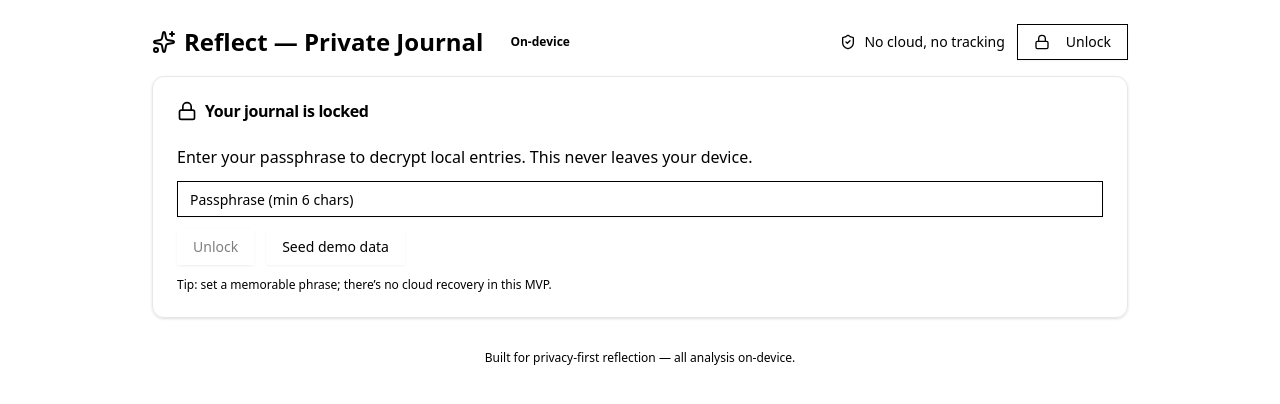
Repository: samerjouhar/reflect
Page: /
An editor plug-in stored every save of this project. The page is shown before and after the next save, followed by the edit.
The browser window is 1280 px wide. The pictures show the whole page.
The project was rebuilt for these pictures with package versions that can differ from the ones it lists, and the page was loaded fresh each time. Also part of the build but not shown: vite.config.ts, src/components/ui/tabs.tsx, src/components/PromptChip.tsx, src/components/ui/textarea.tsx, src/components/EntryForm.tsx, src/components/MoodTrend.tsx, src/components/WeeklyInsight.tsx, src/components/RecentEntries.tsx and 1 more.

Above is the page before, as saved 2025-09-03 14:52:47.

After the next save:
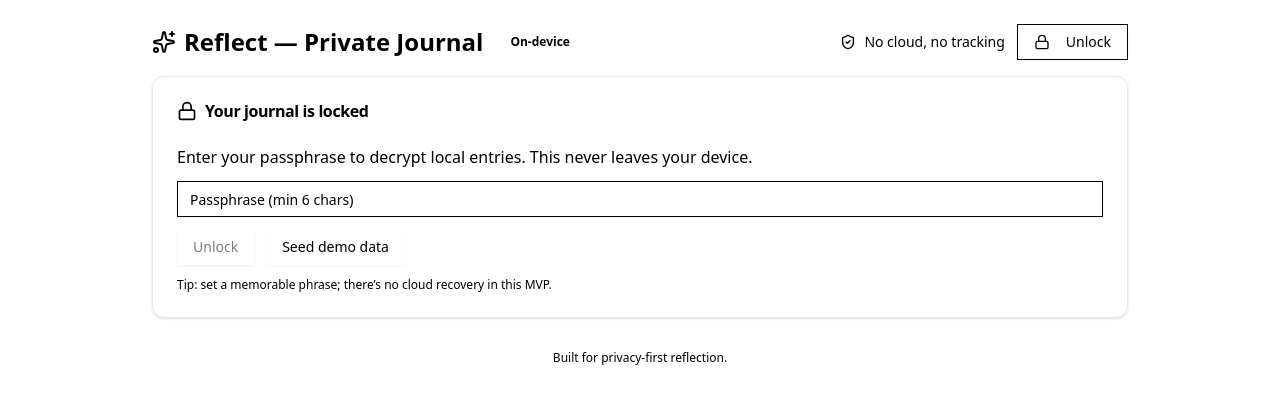
Saved 4 s later.
--- a/src/App.tsx
+++ b/src/App.tsx
@@ -276,7 +276,7 @@
       )}
 
       <footer className="mt-8 mb-4 text-center text-xs text-muted-foreground">
-        Built for privacy-first reflection — all analysis on-device.
+        Built for privacy-first reflection.
       </footer>
     </div>
   );
